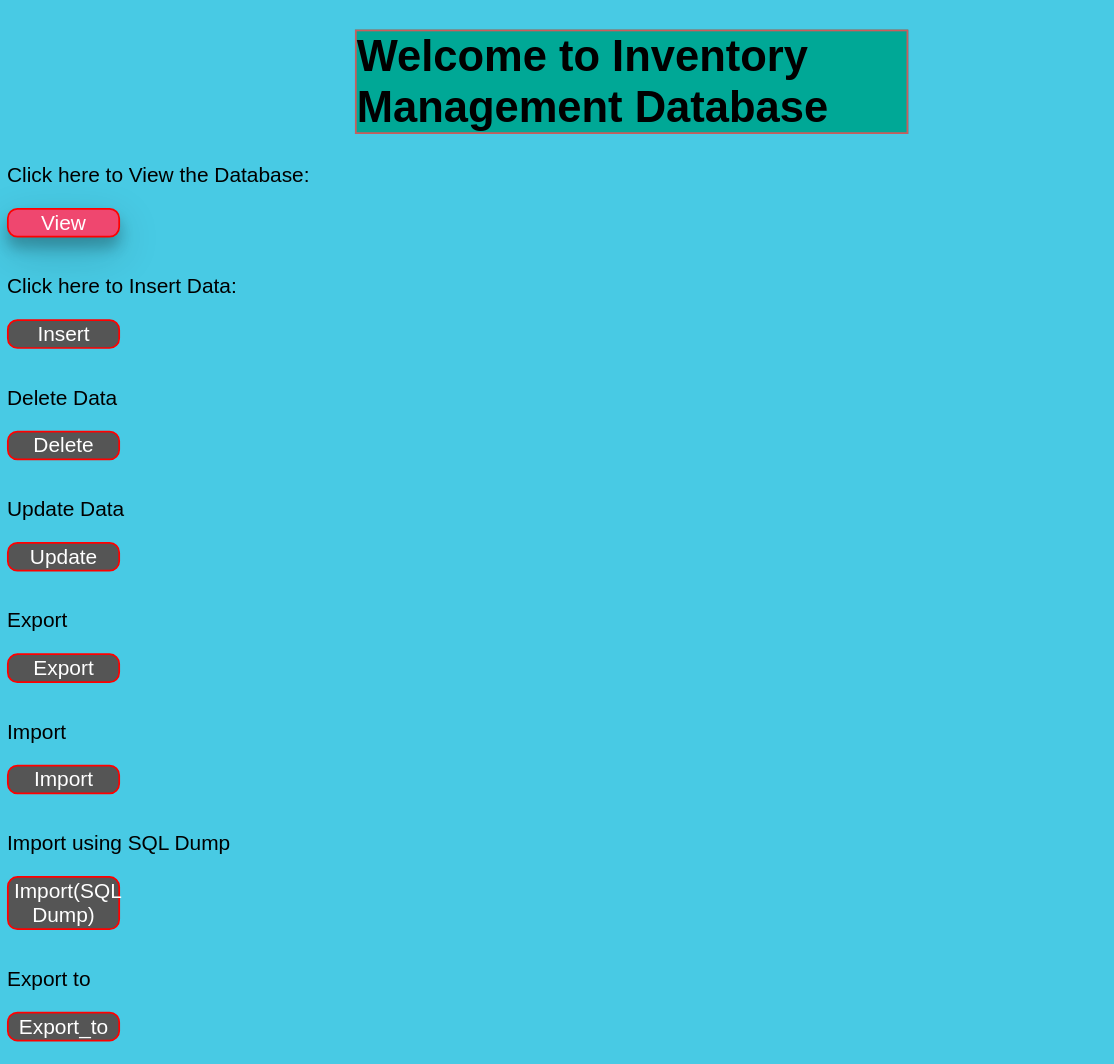
Repository: cyrusdwivedi2002/inventory-management-system
Page: DemoApp/src/main/webapp/Mainpage.html
An editor plug-in stored every save of this project. The page is shown before and after the next save, followed by the edit.
The browser window is 1280 px wide. The pictures show the whole page, at 87% of full size.
The first visible `button` is being pressed.
Some web fonts or font styles are not loaded; a fallback is used.

Above is the page before, as saved 2022-06-24 18:51:04.

### DemoApp/src/main/webapp/Mainpage.html
<!DOCTYPE html>
<html>
<head>
<meta charset="ISO-8859-1">

<link rel="preconnect" href="https://fonts.googleapis.com">
<link rel="preconnect" href="https://fonts.gstatic.com" crossorigin>
<link href="https://fonts.googleapis.com/css2?family=Anek+Latin:wght@500&family=Smooch&display=swap" rel="stylesheet">

<style>
body {
background-color: #48cae4;
font-family: 'Anek Latin', sans-serif;
}
h1{
color: black;
background-color:#00a896;
width: 50%;
margin-left:8em;
border: 2px solid indianred;
font-size:50px;
}
p{
font-size:x-large;
}
button{
background-color: #555555;
color:white;
font-size: 24px;
width:130px;
border-radius: 12px;
border:2px solid red;
}
button:hover{
cursor:pointer;
background-color:#ef476f;
box-shadow: 0 12px 16px 0 rgba(0,0,0,0.24), 0 17px 50px 0 rgba(0,0,0,0.19);
transition: all 0.4s;
}
</style>
<title>Inventory management System</title>
</head>
<body>
	<h1>Welcome to Inventory Management Database</h1>
	<p> Click here to View the Database: </p>
	<button type="button" form="form1"   onclick="window.location.href = 'view.html';">View</button>
	<br/><br/>
	<p> Click here to Insert Data: </p>
	<button type="button" form="form1"   onclick="window.location.href = 'insert.html';">Insert</button>
	<br/><br/>
	<p> Delete Data </p>
	<button type="button" form="form1"   onclick="window.location.href = 'delete.html';">Delete</button>
	<br/><br/>
	<p> Update Data </p>
	<button type="button" form="form1"   onclick="window.location.href = 'update.html';">Update</button>
	<br/><br/>
	<p> Export </p>
	<button type="button" form="form1"   onclick="window.location.href = 'export.html';">Export</button>
	<br/><br/>
	<p> Import </p>
	<button type="button" form="form1"   onclick="window.location.href = 'import.html';">Import</button>
	<br/><br/>
	<p> Import using SQL Dump</p>
	<button type="button" form="form1"   onclick="window.location.href = 'importdump.html';">Import(SQL Dump)</button>
	<br/><br/>
	<p> Export to</p>
	<button type="button" form="form1"   onclick="window.location.href = 'export.html';">Export_to</button>
	<br/><br/>

	</body>
</html>

After the next save:
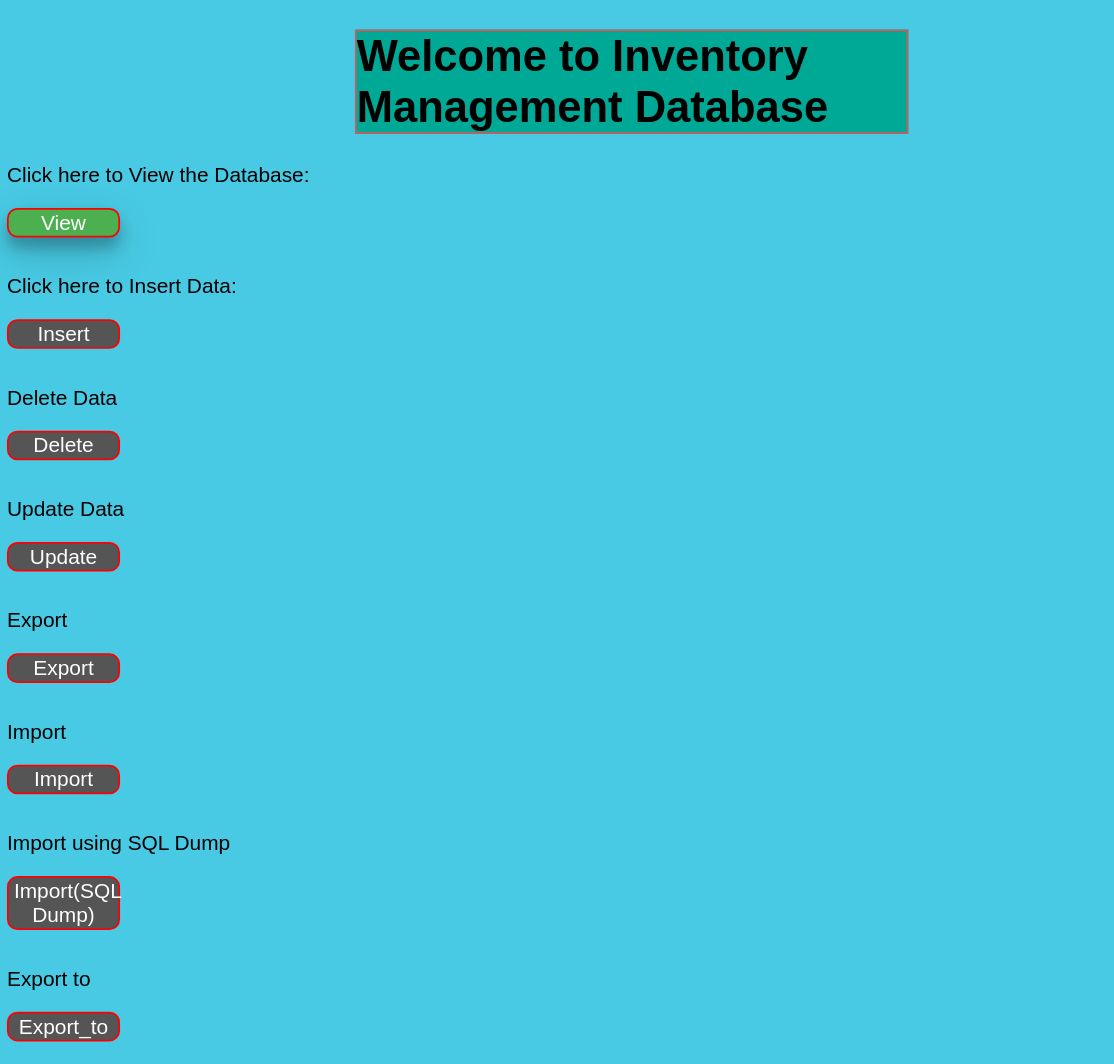
Saved 43 s later.
--- a/DemoApp/src/main/webapp/Mainpage.html
+++ b/DemoApp/src/main/webapp/Mainpage.html
@@ -37,6 +37,10 @@ background-color:#ef476f;
 box-shadow: 0 12px 16px 0 rgba(0,0,0,0.24), 0 17px 50px 0 rgba(0,0,0,0.19);
 transition: all 0.4s;
 }
+button:active {
+  background-color: #4CAF50; /* Green */
+  color: white;
+}
 </style>
 <title>Inventory management System</title>
 </head>
